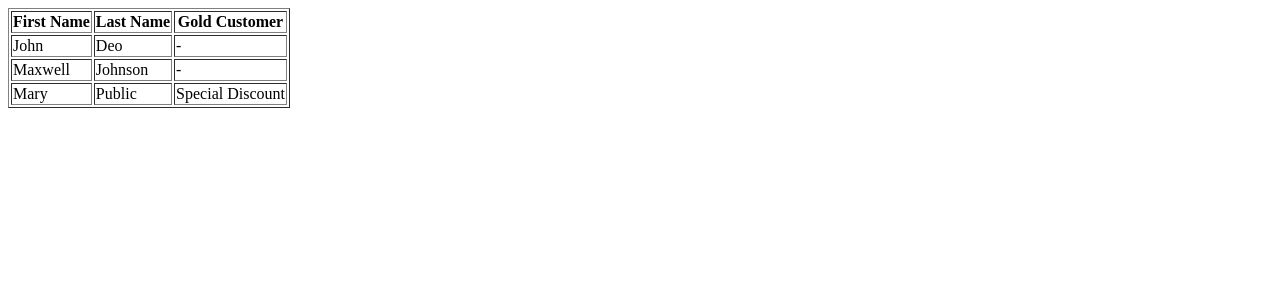
Repository: aashigupta165/advance-java
Page: http://localhost/notes/foreach-student-test.jsp
An editor plug-in stored every save of this project. The page is shown before and after the next save, followed by the edit.
The browser window is 1280 px wide. The pictures show the whole page.
The page is served by Tomcat 9. Nobody is signed in. The application's start-up code is not run. Other server files are loaded and not shown.

Above is the page before, as saved 2019-08-23 18:50:00.

### notes/WebContent/foreach-student-test.jsp
<%@ taglib uri="http://java.sun.com/jsp/jstl/core" prefix="c" %>

<%@ page import="java.util.*,com.luv2code.jsp.tagdemo.Student" %>

<%

	List<Student> data = new ArrayList();

	data.add(new Student("John", "Deo", false));
	data.add(new Student("Maxwell", "Johnson", false));
	data.add(new Student("Mary", "Public", true));

	pageContext.setAttribute("myStudents", data);

%>

<html>

<body>

	<table border="1">

		<tr>
			<th>First Name</th>
			<th>Last Name</th>
			<th>Gold Customer</th>
		</tr>

		<c:forEach var="tempStudent" items="${myStudents}">
		<tr>
			<td>${tempStudent.firstName}</td>
			<td>${tempStudent.lastName}</td>
			<td>
				<c:if test="${tempStudent.goldCustomer}">
					Special Discount
				</c:if>
				<c:if test="${not tempStudent.goldCustomer}">
					-
				</c:if>
			</td>
		</tr>
		</c:forEach>

	</table>

</body>

</html>

### notes/src/com/luv2code/jsp/tagdemo/Student.java
package com.luv2code.jsp.tagdemo;

public class Student {
	private String firstName;
	private String lastName;
	private boolean goldCustomer;
	public Student(String firstName, String lastName, boolean goldCustomer) {
		super();
		this.firstName = firstName;
		this.lastName = lastName;
		this.goldCustomer = goldCustomer;
	}
	public String getFirstName() {
		return firstName;
	}
	public void setFirstName(String firstName) {
		this.firstName = firstName;
	}
	public String getLastName() {
		return lastName;
	}
	public void setLastName(String lastName) {
		this.lastName = lastName;
	}
	public boolean isGoldCustomer() {
		return goldCustomer;
	}
	public void setGoldCustomer(boolean goldCustomer) {
		this.goldCustomer = goldCustomer;
	}
}

After the next save:
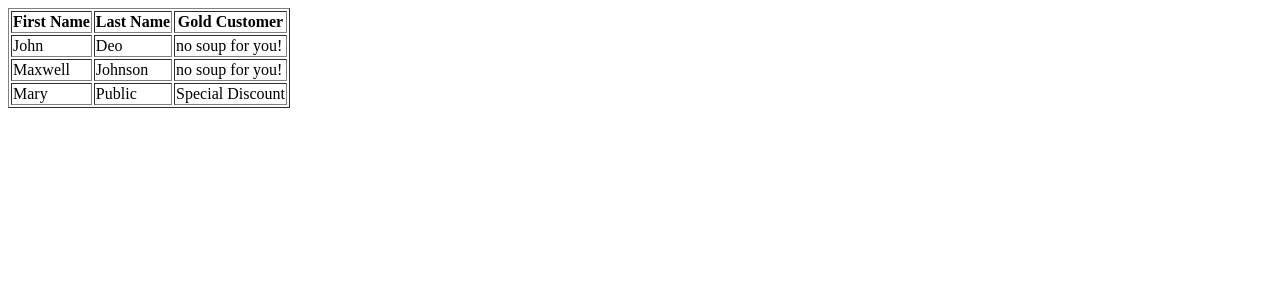
Saved 8 min 13 s later.
--- a/notes/WebContent/foreach-student-test.jsp
+++ b/notes/WebContent/foreach-student-test.jsp
@@ -31,12 +31,29 @@
 			<td>${tempStudent.firstName}</td>
 			<td>${tempStudent.lastName}</td>
 			<td>
+			<!-- by using switch -->
+				<c:choose>
+
+				<c:when test="${tempStudent.goldCustomer}">
+					Special Discount
+				</c:when>
+
+				<c:otherwise>
+					no soup for you!
+				</c:otherwise>
+
+				</c:choose>
+
+			<!--  by using if
 				<c:if test="${tempStudent.goldCustomer}">
 					Special Discount
 				</c:if>
+
 				<c:if test="${not tempStudent.goldCustomer}">
 					-
 				</c:if>
+			-->
+
 			</td>
 		</tr>
 		</c:forEach>
